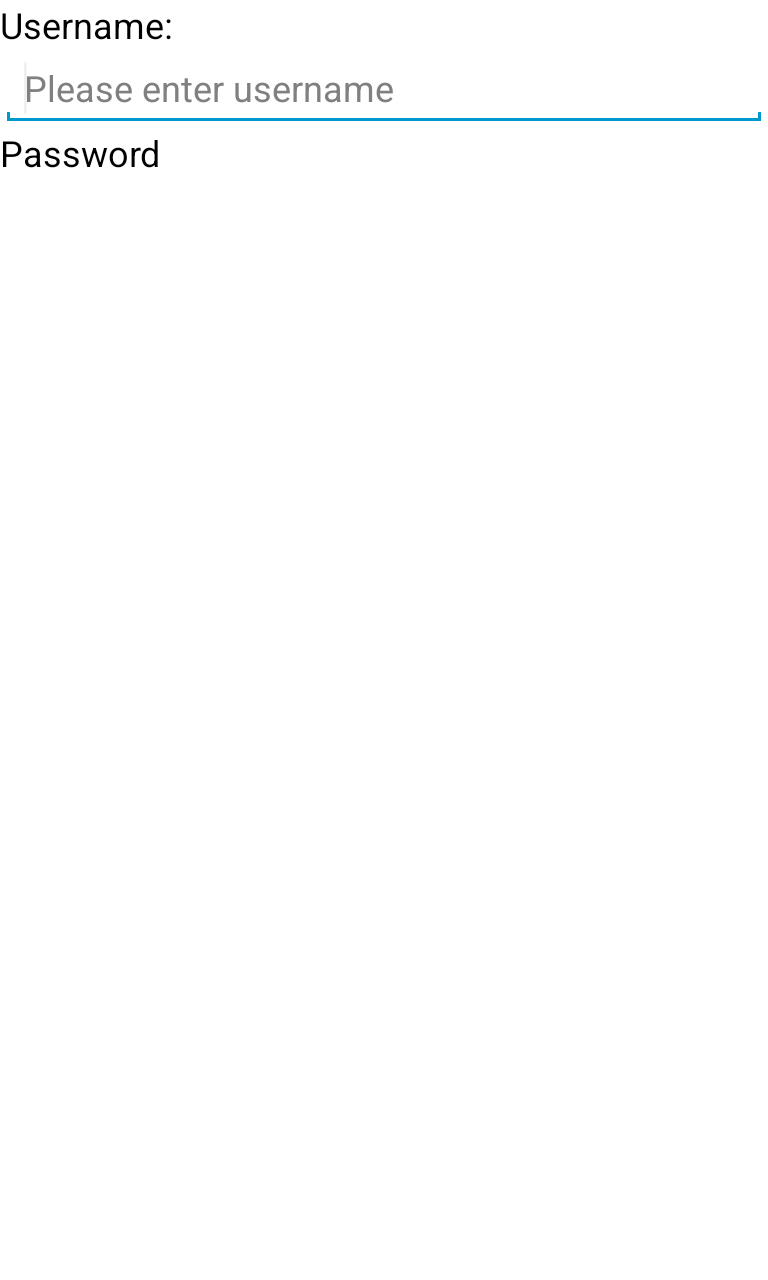
Repository: arp122/Gravitas-2014-Attendace
Layout: OrganisationGravitas/myworkspace/MusicTrivia/res/layout/login_page.xml
These files come from the project's save history. The layout is drawn as it stood at one moment and after the next save; the edit follows.
It is drawn on a 768 x 1280 px phone screen (xhdpi) without system bars, with theme AppTheme; the app's code is not run.

Above is the layout before, as saved 2014-09-20 17:30:27.

### OrganisationGravitas/myworkspace/MusicTrivia/res/layout/login_page.xml
<?xml version="1.0" encoding="utf-8"?>
<LinearLayout xmlns:android="http://schemas.android.com/apk/res/android"
    android:layout_width="match_parent"
    android:layout_height="match_parent"

    android:orientation="vertical" >

    <TextView
        android:id="@+id/textView1"
        android:layout_width="wrap_content"
        android:layout_height="wrap_content"
        android:text="Username:"
        android:textAppearance="?android:attr/textAppearanceMedium" />

    <EditText
        android:id="@+id/editText1"
        android:layout_width="match_parent"
        android:layout_height="wrap_content"
        android:hint="Please enter username"
        android:ems="10" >

        <requestFocus />
    </EditText>

    <TextView
        android:id="@+id/textView2"
        android:layout_width="wrap_content"
        android:layout_height="wrap_content"
        android:text="Password"
        android:textAppearance="?android:attr/textAppearanceMedium" />

</LinearLayout>

Loaded but not shown: OrganisationGravitas/myworkspace/MusicTrivia/res/values/styles.xml (common file); OrganisationGravitas/myworkspace/MusicTrivia/res/values-v11/styles.xml (common file); OrganisationGravitas/myworkspace/MusicTrivia/res/values-v14/styles.xml (common file)

After the next save:
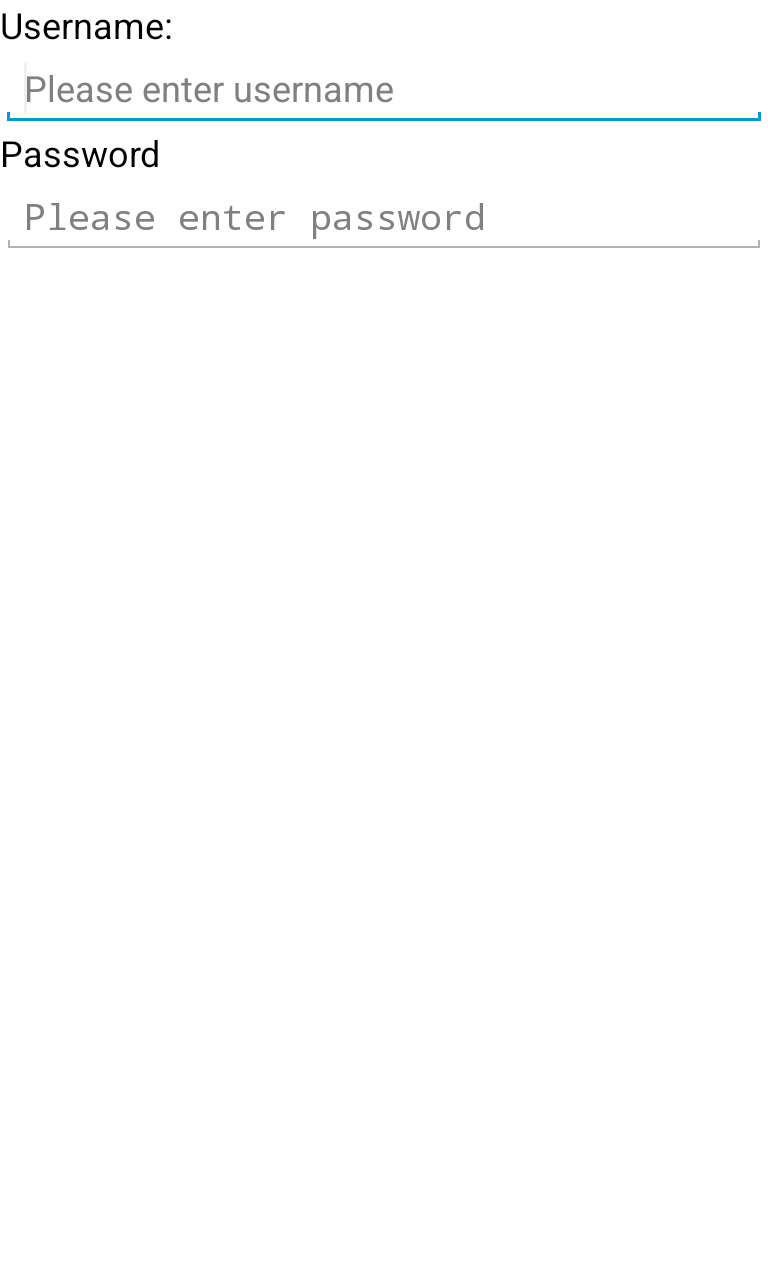
Saved 49 s later.
--- a/OrganisationGravitas/myworkspace/MusicTrivia/res/layout/login_page.xml
+++ b/OrganisationGravitas/myworkspace/MusicTrivia/res/layout/login_page.xml
@@ -29,4 +29,12 @@
         android:text="Password"
         android:textAppearance="?android:attr/textAppearanceMedium" />
 
+    <EditText
+        android:id="@+id/editText2"
+        android:layout_width="match_parent"
+        android:layout_height="wrap_content"
+        android:ems="10"
+        android:hint="Please enter password"
+        android:inputType="textPassword" />
+
 </LinearLayout>
